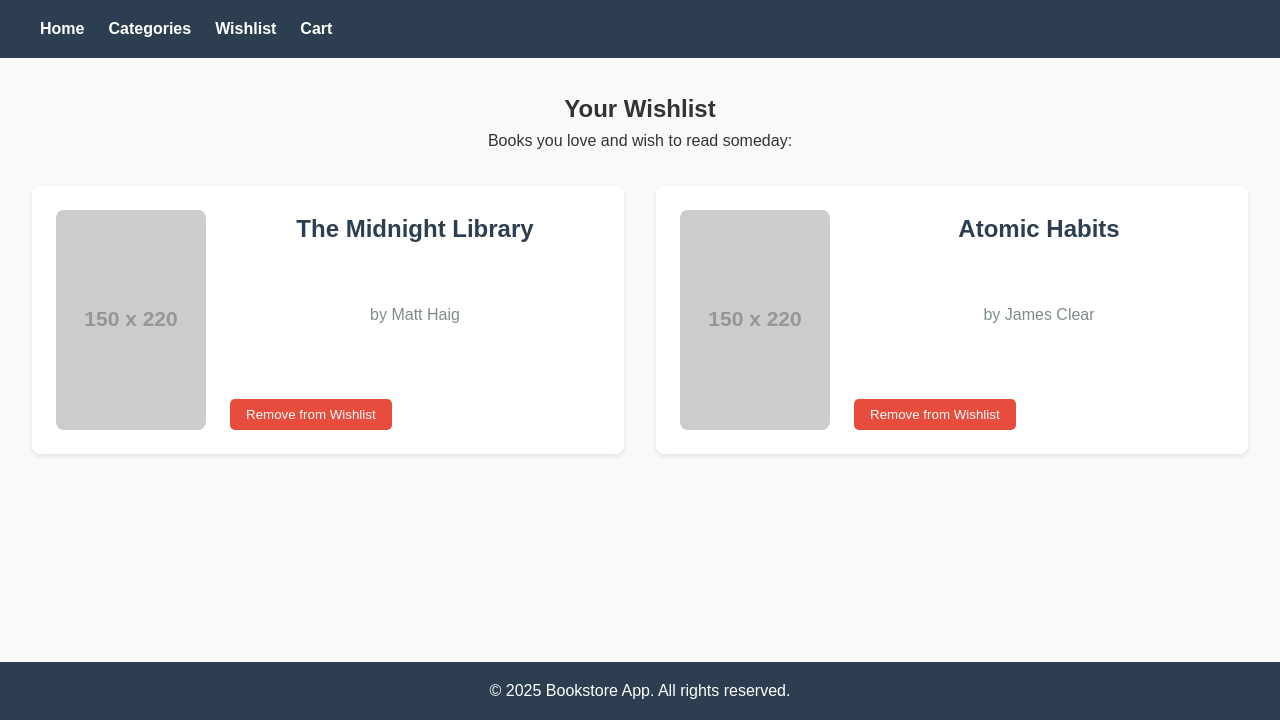
Repository: Patience225/bookstore-app
Page: wishlist.html
These files come from the project's save history. The page is drawn as it stood at one moment and after a run of saves; the edit follows.
The browser window is 1280 px wide. The pictures show the whole page.
After loading, the first visible `button.remove-btn` was clicked once.

Above is the page before, as saved 2025-01-28 12:11:20.
Console error: TypeError: Cannot set properties of null (setting 'textContent')

### wishlist.html
<!DOCTYPE html>
<html lang="en">
<head>
  <meta charset="UTF-8">
  <meta name="viewport" content="width=device-width, initial-scale=1.0">
  <link rel="stylesheet" href="css/styles.css">
  <title>Bookstore App - Wishlist</title>
</head>
<body>
  <header>
    <nav>
      <ul class="nav-list">
        <li><a href="index.html">Home</a></li>
        <li><a href="categories.html">Categories</a></li>
        <li><a href="wishlist.html" class="active">Wishlist</a></li>
        <li><a href="cart.html">Cart</a></li>
      </ul>
    </nav>
  </header>

  <main>
    <section class="wishlist-section">
      <h1>Your Wishlist</h1>
      <p>Books you love and wish to read someday:</p>

      <div class="wishlist-list">
        <div class="wishlist-item">
          <img src="https://via.placeholder.com/150x220" alt="Book Cover">
          <div class="book-details">
            <h2>The Midnight Library</h2>
            <p>by Matt Haig</p>
            <button class="remove-btn">Remove from Wishlist</button>
          </div>
        </div>

        <div class="wishlist-item">
          <img src="https://via.placeholder.com/150x220" alt="Book Cover">
          <div class="book-details">
            <h2>Atomic Habits</h2>
            <p>by James Clear</p>
            <button class="remove-btn">Remove from Wishlist</button>
          </div>
        </div>
      </div>
    </section>
  </main>

  <footer>
    <p>© 2025 Bookstore App. All rights reserved.</p>
  </footer>

  <script src="js/scripts.js"></script>
</body>
</html>

### css/styles.css
/* Reset default browser styles */
* {
  margin: 0;
  padding: 0;
  box-sizing: border-box;
}

body {
  font-family: 'Arial', sans-serif;
  line-height: 1.6;
  background-color: #f9f9f9;
  color: #333;
  display: flex;
  flex-direction: column;
  min-height: 100vh;
}

header {
  background-color: #2c3e50;
  padding: 1rem 0;
}

nav {
  max-width: 1200px;
  margin: 0 auto;
  display: flex;
  justify-content: space-between;
  align-items: center;
}

.nav-list {
  list-style: none;
  display: flex;
  gap: 1.5rem;
}

.nav-list a {
  text-decoration: none;
  color: white;
  font-weight: bold;
  transition: color 0.3s;
}

.nav-list a:hover {
  color: #f39c12;
}

.hero {
  text-align: center;
  padding: 4rem 1rem;
  background-color: #ecf0f1;
}

.hero h1 {
  font-size: 3rem;
  color: #2c3e50;
}

.hero p {
  font-size: 1.2rem;
  margin-top: 0.5rem;
}

footer {
  background-color: #2c3e50;
  color: white;
  text-align: center;
  padding: 1rem;
  margin-top: auto;
}

.categories-section {
  padding: 2rem;
  text-align: center;
}

.categories-list {
  display: grid;
  grid-template-columns: repeat(auto-fit, minmax(250px, 1fr));
  gap: 1.5rem;
  margin-top: 2rem;
}

.category-card {
  background-color: white;
  padding: 1.5rem;
  border-radius: 8px;
  box-shadow: 0 2px 5px rgba(0, 0, 0, 0.1);
  transition: transform 0.3s;
}

.category-card:hover {
  transform: translateY(-5px);
}

.category-card h2 {
  font-size: 1.5rem;
  color: #2c3e50;
}

.category-card p {
  margin-top: 0.5rem;
}

.book-details-section {
  padding: 2rem;
  display: flex;
  justify-content: center;
}

.book-card {
  display: flex;
  max-width: 800px;
  background-color: white;
  border-radius: 8px;
  box-shadow: 0 2px 5px rgba(0, 0, 0, 0.1);
  overflow: hidden;
}

.book-cover {
  width: 200px;
  height: auto;
  object-fit: cover;
}

.book-info {
  padding: 1.5rem;
  display: flex;
  flex-direction: column;
  justify-content: space-between;
}

.book-title {
  font-size: 2rem;
  color: #2c3e50;
}

.book-author {
  font-size: 1.2rem;
  color: #7f8c8d;
}

.book-description {
  margin-top: 1rem;
  font-size: 1rem;
}

.book-price {
  font-size: 1.5rem;
  color: #27ae60;
  margin-top: 1rem;
}

button {
  padding: 0.8rem 1.5rem;
  border: none;
  background-color: #2c3e50;
  color: white;
  border-radius: 5px;
  cursor: pointer;
  margin-top: 1rem;
  transition: background-color 0.3s;
}

button:hover {
  background-color: #f39c12;
}

.wishlist-section {
  padding: 2rem;
  text-align: center;
}

.wishlist-list {
  display: grid;
  grid-template-columns: repeat(auto-fit, minmax(300px, 1fr));
  gap: 2rem;
  margin-top: 2rem;
}

.wishlist-item {
  display: flex;
  background-color: white;
  padding: 1.5rem;
  border-radius: 8px;
  box-shadow: 0 2px 5px rgba(0, 0, 0, 0.1);
}

.wishlist-item img {
  width: 150px;
  height: auto;
  object-fit: cover;
  border-radius: 8px;
}

.book-details {
  margin-left: 1.5rem;
  display: flex;
  flex-direction: column;
  justify-content: space-between;
}

.book-details h2 {
  font-size: 1.5rem;
  color: #2c3e50;
}

.book-details p {
  color: #7f8c8d;
}

.remove-btn {
  padding: 0.5rem 1rem;
  background-color: #e74c3c;
  color: white;
  border: none;
  border-radius: 5px;
  cursor: pointer;
  transition: background-color 0.3s;
  align-self: start;
}

.remove-btn:hover {
  background-color: #c0392b;
}

.cart-section {
  padding: 2rem;
  text-align: center;
}

.cart-list {
  display: grid;
  grid-template-columns: repeat(auto-fit, minmax(300px, 1fr));
  gap: 2rem;
  margin-top: 2rem;
}

.cart-item {
  display: flex;
  align-items: center;
  background-color: white;
  padding: 1.5rem;
  border-radius: 8px;
  box-shadow: 0 2px 5px rgba(0, 0, 0, 0.1);
}

.cart-item img {
  width: 150px;
  height: auto;
  object-fit: cover;
  border-radius: 8px;
}

.book-details {
  margin-left: 1.5rem;
  flex-grow: 1;
  display: flex;
  flex-direction: column;
}

.cart-price {
  font-size: 1.2rem;
  color: #27ae60;
  margin-top: 0.5rem;
}

.quantity-controls {
  display: flex;
  align-items: center;
  margin-top: 0.5rem;
}

.quantity-input {
  width: 50px;
  text-align: center;
  margin: 0 0.5rem;
}

button {
  padding: 0.5rem 1rem;
  background-color: #2c3e50;
  color: white;
  border: none;
  border-radius: 5px;
  cursor: pointer;
  transition: background-color 0.3s;
}

button:hover {
  background-color: #f39c12;
}

.cart-summary {
  margin-top: 2rem;
  text-align: center;
}

.checkout-btn {
  padding: 1rem 2rem;
  background-color: #27ae60;
  color: white;
  font-size: 1.2rem;
  border-radius: 5px;
}

.checkout-btn:hover {
  background-color: #2ecc71;
}

### js/scripts.js
// Cart functionality
document.addEventListener("DOMContentLoaded", () => {
  const decreaseBtns = document.querySelectorAll(".decrease-btn");
  const increaseBtns = document.querySelectorAll(".increase-btn");
  const quantityInputs = document.querySelectorAll(".quantity-input");
  const cartItems = document.querySelectorAll(".cart-item");
  const cartSummary = document.querySelector(".cart-summary h2");

  // Update total price function
  function updateTotalPrice() {
    let totalPrice = 0;

    cartItems.forEach((item) => {
      const priceElement = item.querySelector(".cart-price");
      const quantityInput = item.querySelector(".quantity-input");
      const price = parseFloat(priceElement.textContent.replace("$", ""));
      const quantity = parseInt(quantityInput.value);

      totalPrice += price * quantity;
    });

    cartSummary.textContent = `Total: $${totalPrice.toFixed(2)}`;
  }

  // Handle quantity increase
  increaseBtns.forEach((button) => {
    button.addEventListener("click", (event) => {
      const input = event.target.parentNode.querySelector(".quantity-input");
      input.value = parseInt(input.value) + 1;
      updateTotalPrice();
    });
  });

  // Handle quantity decrease
  decreaseBtns.forEach((button) => {
    button.addEventListener("click", (event) => {
      const input = event.target.parentNode.querySelector(".quantity-input");
      if (parseInt(input.value) > 1) {
        input.value = parseInt(input.value) - 1;
        updateTotalPrice();
      }
    });
  });

  // Handle manual quantity input
  quantityInputs.forEach((input) => {
    input.addEventListener("input", () => {
      if (parseInt(input.value) < 1) input.value = 1;
      updateTotalPrice();
    });
  });

  // Remove cart item
  const removeBtns = document.querySelectorAll(".remove-btn");
  removeBtns.forEach((button) => {
    button.addEventListener("click", (event) => {
      const cartItem = event.target.closest(".cart-item");
      cartItem.remove();
      updateTotalPrice();
    });
  });

  // Initial total price update
  updateTotalPrice();
});

After the next 2 saves:
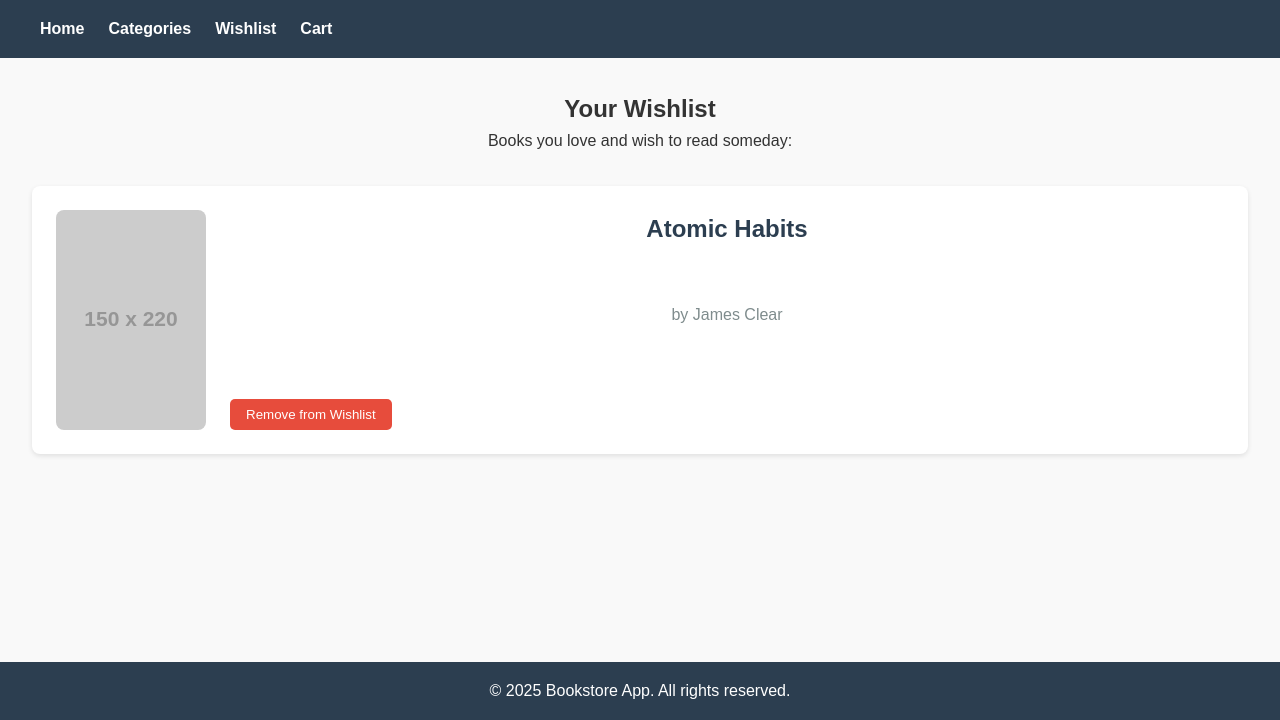
The 2 saves are shown as one change because they came seconds apart.
The last was saved 4 min 38 s later.
--- a/js/scripts.js
+++ b/js/scripts.js
@@ -63,3 +63,36 @@
   // Initial total price update
   updateTotalPrice();
 });
+
+
+// Wishlist functionality (removing items)
+document.addEventListener("DOMContentLoaded", () => {
+  const removeWishlistBtns = document.querySelectorAll(".remove-btn");
+
+  removeWishlistBtns.forEach((button) => {
+    button.addEventListener("click", (event) => {
+      const wishlistItem = event.target.closest(".wishlist-item");
+      wishlistItem.remove();
+    });
+  });
+
+  // Add to Cart from Book Details Page
+  const addToCartBtns = document.querySelectorAll(".add-to-cart-btn");
+
+  addToCartBtns.forEach((button) => {
+    button.addEventListener("click", () => {
+      alert("Book added to cart!");
+      // Optionally, implement adding the book to the cart (e.g., saving to localStorage)
+    });
+  });
+
+  // Add to Wishlist from Book Details Page
+  const addToWishlistBtns = document.querySelectorAll(".add-to-wishlist-btn");
+
+  addToWishlistBtns.forEach((button) => {
+    button.addEventListener("click", () => {
+      alert("Book added to wishlist!");
+      // Optionally, implement saving to wishlist (e.g., saving to localStorage)
+    });
+  });
+});
